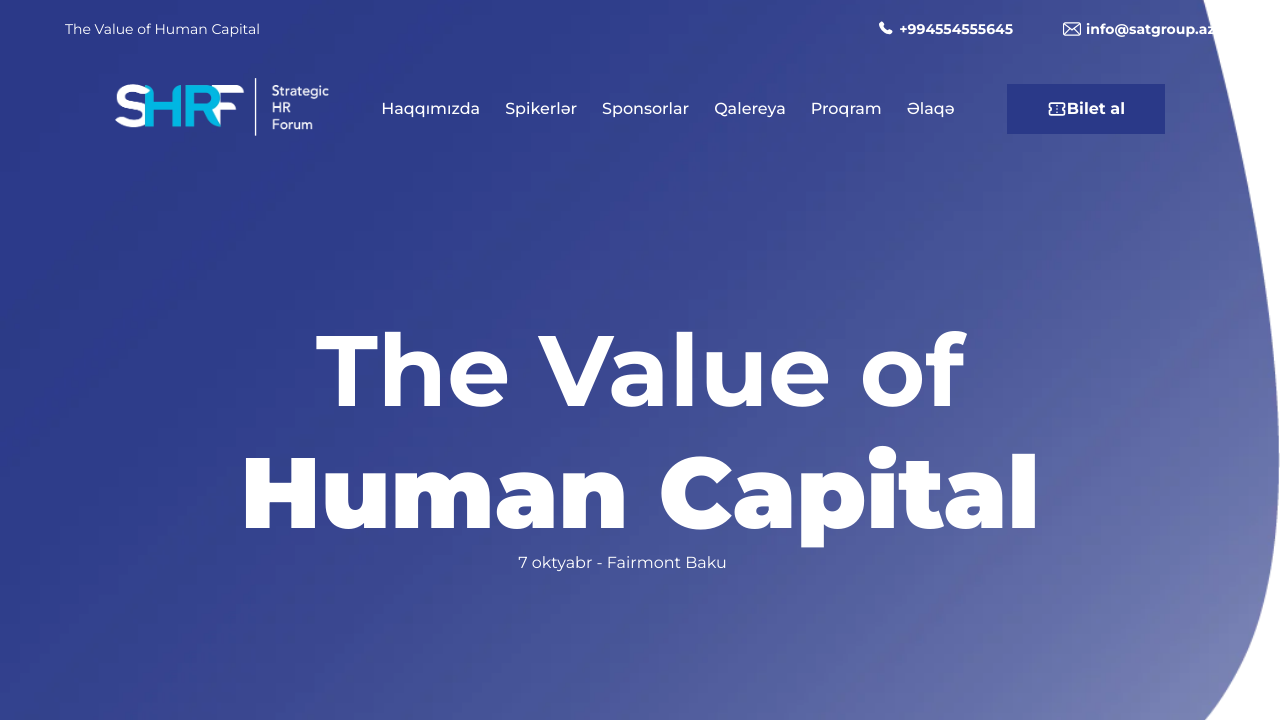
Repository: allahverdiyevabdulhasan/shrf
Page: /
An editor plug-in stored every save of this project. The page is shown before and after the next save, followed by the edit.
The browser window is 1280 px wide. The pictures show the whole page.
The project was rebuilt for these pictures with package versions that can differ from the ones it lists, and the page was loaded fresh each time. Also part of the build but not shown: vite.config.js, src/App.css.

Above is the page before, as saved 2024-08-16 10:18:49.

After the next save:
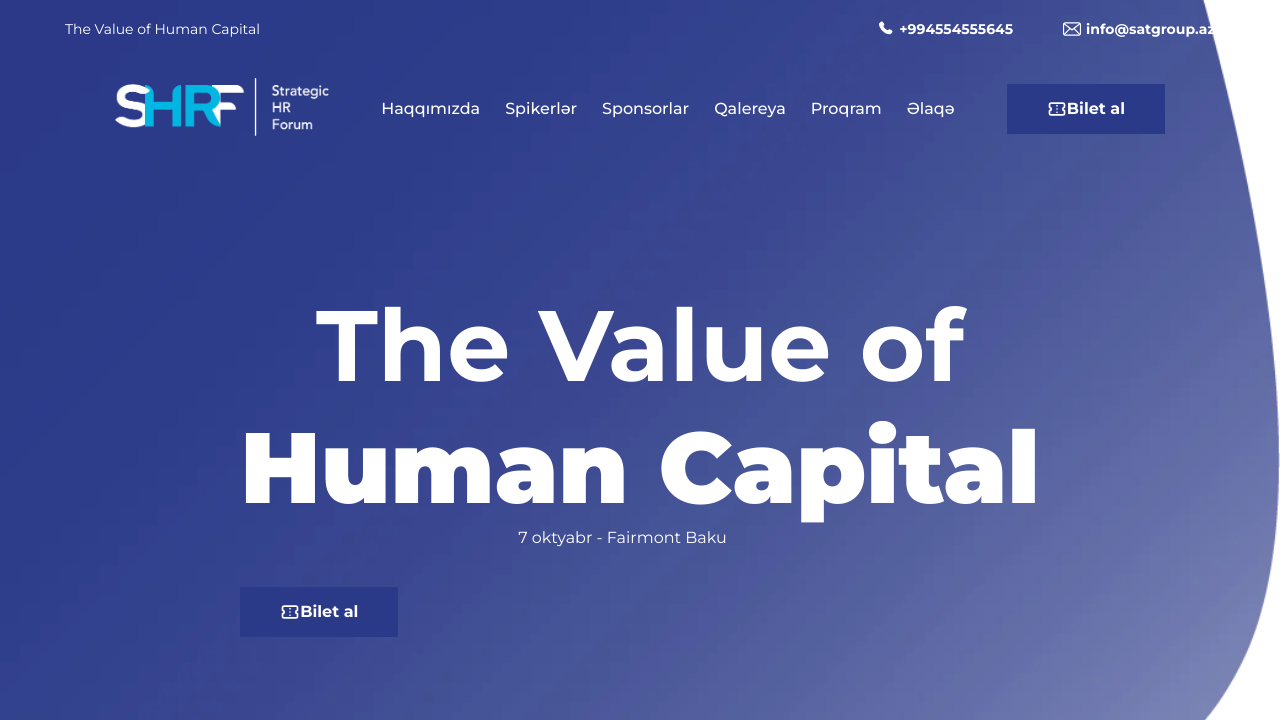
Saved 49 s later.
--- a/src/components/Intro/index.jsx
+++ b/src/components/Intro/index.jsx
@@ -13,6 +13,13 @@ export default function Intro() {
                 </h1>
 
                 <p>7 oktyabr - Fairmont Baku</p>
+
+                <div className="buttons">
+                <button className='buy__button'>
+                <svg width={20} viewBox="0 0 24 24" fill="none" xmlns="http://www.w3.org/2000/svg"><g id="SVGRepo_bgCarrier" stroke-width="0"></g><g id="SVGRepo_tracerCarrier" stroke-linecap="round" stroke-linejoin="round"></g><g id="SVGRepo_iconCarrier"> <path d="M12 16H12.01M12 12H12.01M12 8H12.01M21 14V17C21 18.1046 20.1046 19 19 19H5C3.89543 19 3 18.1046 3 17V14C4.10457 14 5 13.1046 5 12C5 10.8954 4.10457 10 3 10V7C3 5.89543 3.89543 5 5 5H19C20.1046 5 21 5.89543 21 7V10C19.8954 10 19 10.8954 19 12C19 13.1046 19.8954 14 21 14Z" stroke="#ffffff" stroke-width="2" stroke-linecap="round" stroke-linejoin="round"></path> </g></svg>
+                    Bilet al
+                </button>
+                </div>
             </div>
         </div>
     )
